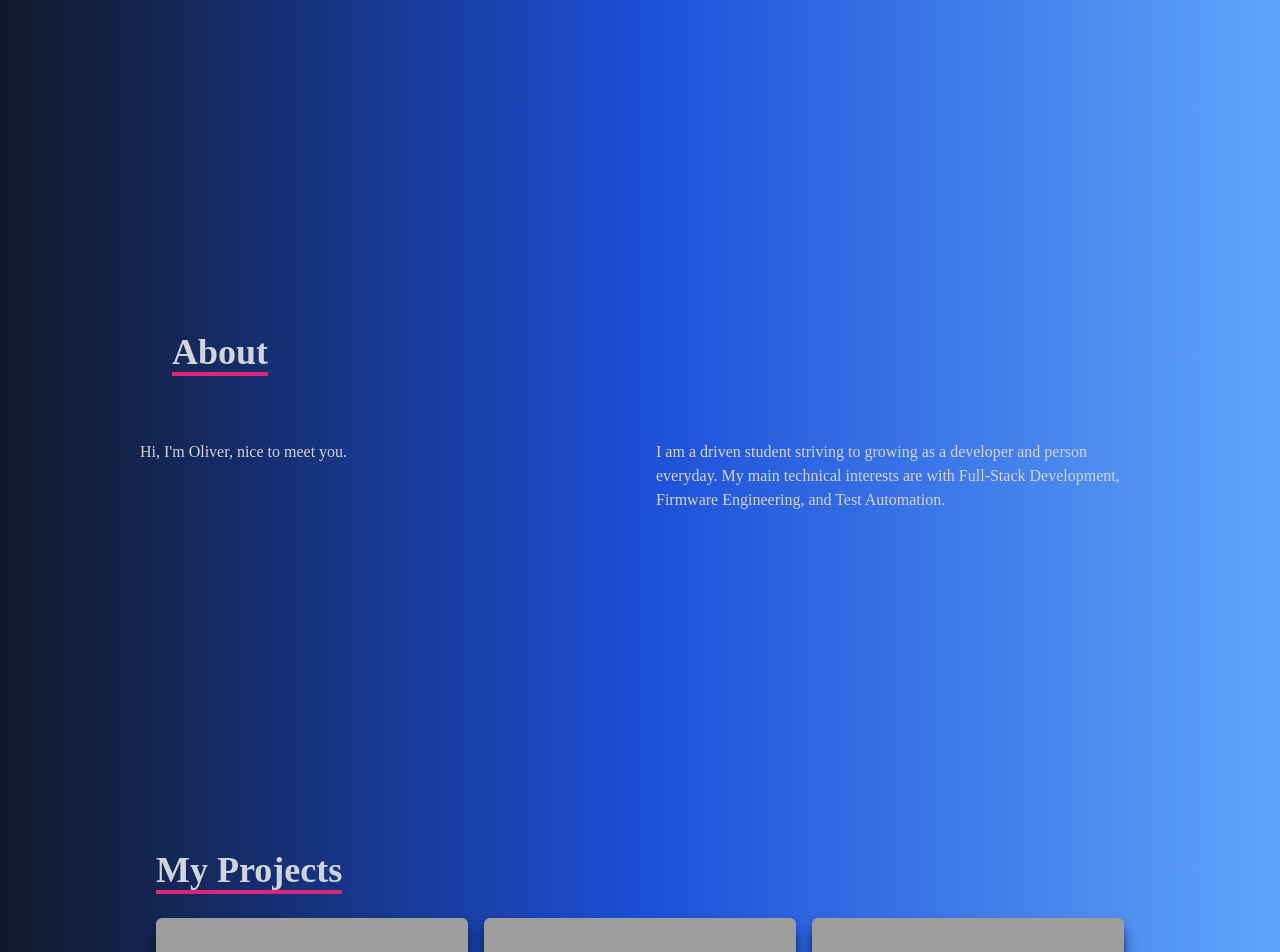
Repository: olichengus/Project-Portfolio
Page: /
These files come from the project's save history. The page is drawn as it stood at one moment and after a run of saves; the edit follows.
The browser window is 1280 px wide. The pictures show the part of the page from y = 658 to 1610 px (the page is 2160 px tall).
Pictures or frames that could not be fetched are drawn as grey boxes. The project was rebuilt for these pictures with package versions that can differ from the ones it lists, and the page was loaded fresh each time.

Above is the page before, as saved 2024-02-10 00:33:09.

After the next 2 saves:
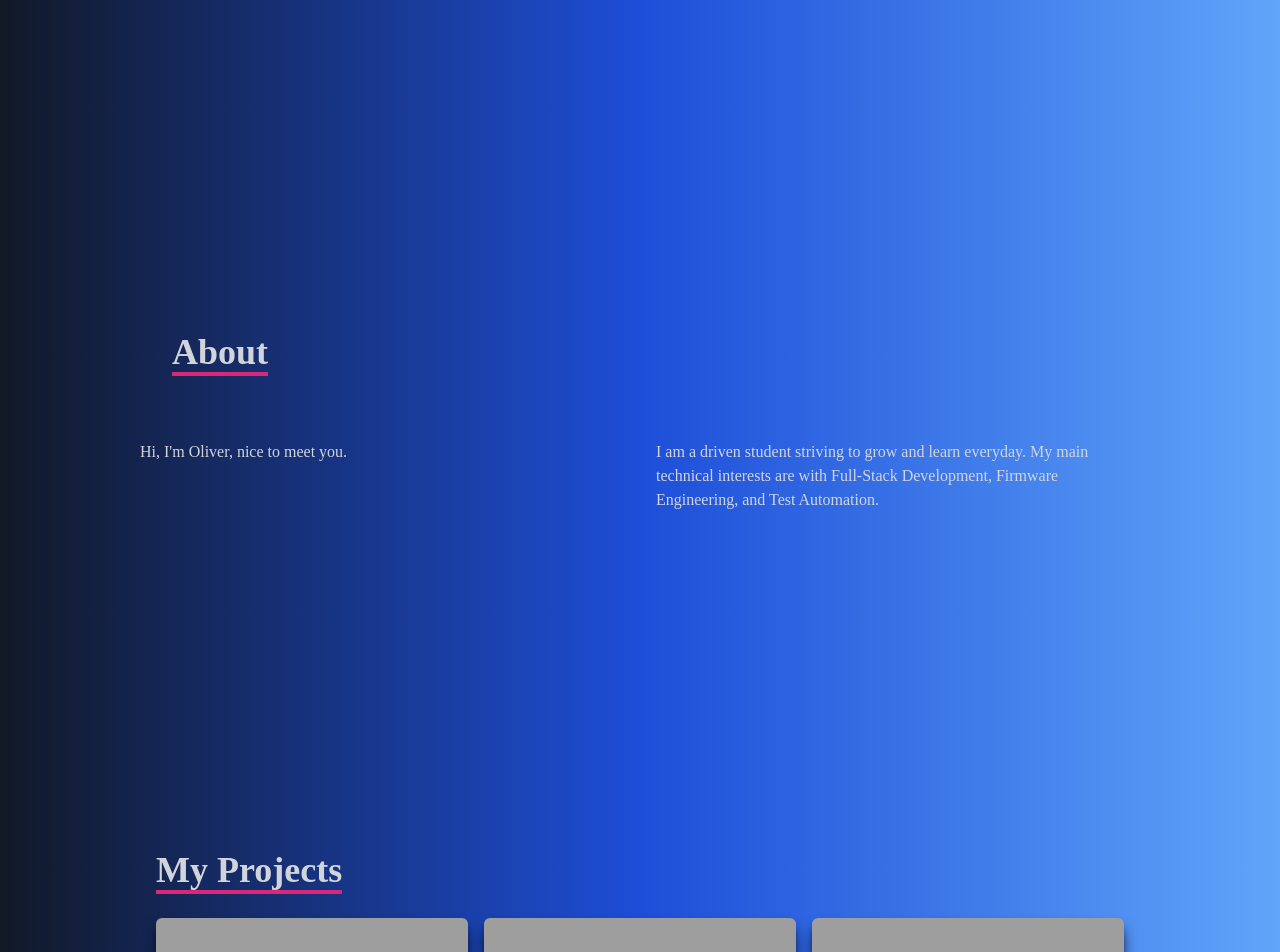
The 2 saves are shown as one change because they came seconds apart.
The last was saved 7 s later.
--- a/src/components/About.jsx
+++ b/src/components/About.jsx
@@ -15,7 +15,7 @@ const About = () => {
                         <p>Hi, I'm Oliver, nice to meet you.</p>
                     </div>
                     <div>
-                        I am a driven student striving to growing as a developer and person everyday. My main technical interests are with Full-Stack Development, Firmware Engineering, and Test Automation.
+                        I am a driven student striving to grow and learn everyday. My main technical interests are with Full-Stack Development, Firmware Engineering, and Test Automation.
                     </div>
                 </div>
             </div>
